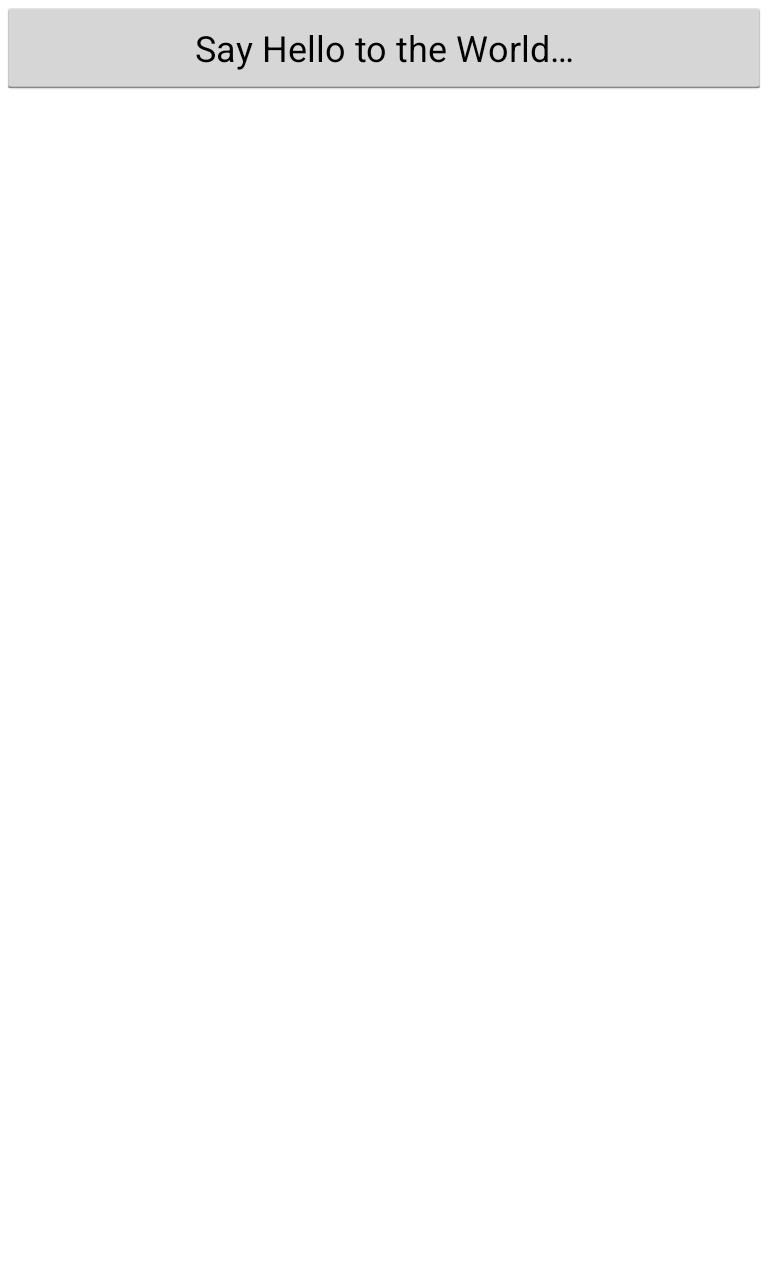
Repository: lnplnp/wifi-scheduler
Layout: WIFIScheduler/res/layout/activity_main.xml
The author's editor kept a copy of each file at every save. The layout is drawn from the files as they stood at one save, then again after the next save.
It is drawn on a 768 x 1280 px phone screen (xhdpi) without system bars, with theme AppTheme; the app's code is not run.

Above is the layout before, as saved 2013-01-04 14:43:05.

### WIFIScheduler/res/layout/activity_main.xml
<RelativeLayout xmlns:android="http://schemas.android.com/apk/res/android"
    xmlns:tools="http://schemas.android.com/tools"
    android:layout_width="match_parent"
    android:layout_height="match_parent"
    android:gravity="top"
    tools:context=".MainActivity" >

    <TextView
        android:id="@+id/textViewHelloWorld"
        android:layout_height="wrap_content"
        android:text="@string/hello_world" />

    <Button
        android:id="@+id/buttonSayHello"
        android:layout_width="match_parent"
        android:layout_height="wrap_content"
        android:layout_alignParentTop="true"
        android:layout_centerHorizontal="true"
        android:text="@string/say_hello" />

</RelativeLayout>

### WIFIScheduler/res/values/strings.xml
<?xml version="1.0" encoding="utf-8"?>
<resources>

    <string name="app_name">WIFI Scheduler</string>
    <string name="hello_world">Hello world!</string>
    <string name="menu_settings">Settings</string>
    <string name="say_hello">Say Hello to the World&#8230;</string>

</resources>

Loaded but not shown: WIFIScheduler/res/values/styles.xml (common file); WIFIScheduler/res/values-v11/styles.xml (common file); WIFIScheduler/res/values-v14/styles.xml (common file)

After the next save:
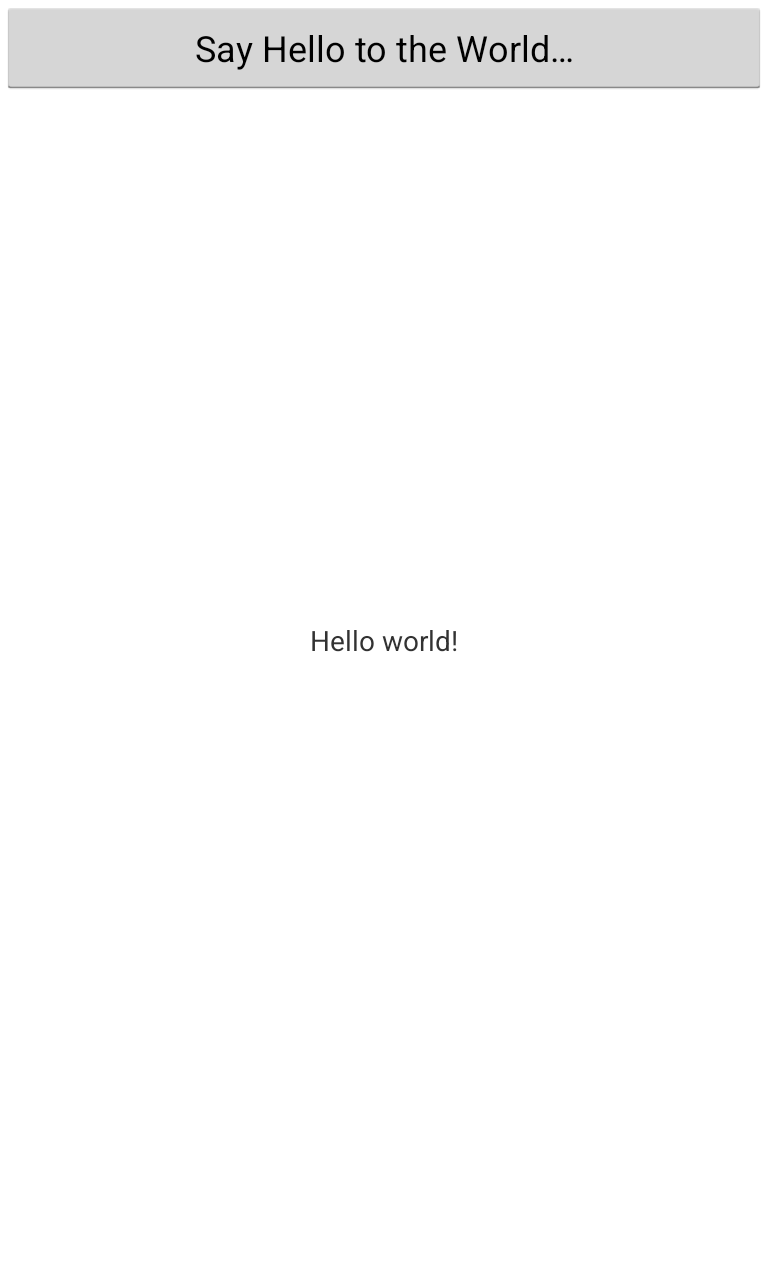
Saved 85 s later.
--- a/WIFIScheduler/res/layout/activity_main.xml
+++ b/WIFIScheduler/res/layout/activity_main.xml
@@ -4,11 +4,6 @@
     android:layout_height="match_parent"
     android:gravity="top"
     tools:context=".MainActivity" >
-
-    <TextView
-        android:id="@+id/textViewHelloWorld"
-        android:layout_height="wrap_content"
-        android:text="@string/hello_world" />
 
     <Button
         android:id="@+id/buttonSayHello"
@@ -18,4 +13,12 @@
         android:layout_centerHorizontal="true"
         android:text="@string/say_hello" />
 
+    <TextView
+        android:id="@+id/textViewHelloWorld"
+        android:layout_width="wrap_content"
+        android:layout_height="wrap_content"
+        android:layout_centerHorizontal="true"
+        android:layout_centerVertical="true"
+        android:text="@string/hello_world" />
+
 </RelativeLayout>
